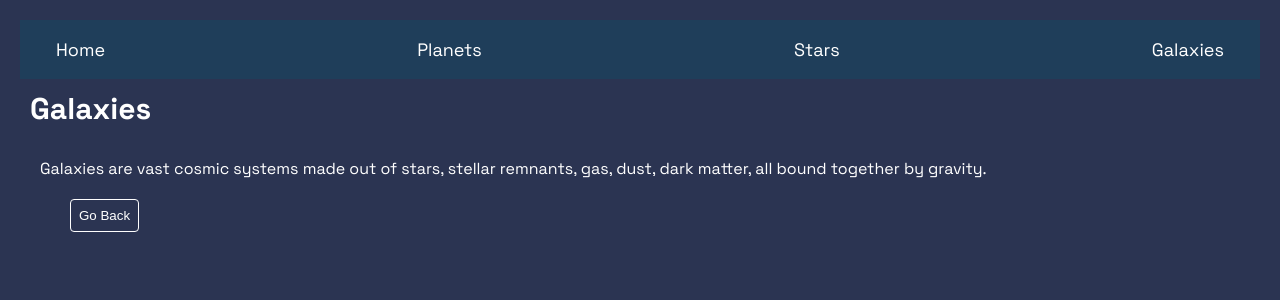
Repository: rmdayberry/Cosmic-Encyclopedia
Page: /galaxies
An editor plug-in stored every save of this project. The page is shown before and after the next save, followed by the edit.
The browser window is 1280 px wide. The pictures show the whole page.
The project was rebuilt for these pictures with package versions that can differ from the ones it lists, and the page was loaded fresh each time. Also part of the build but not shown: vite.config.js, src/pages/Homepage.js.

Above is the page before, as saved 2024-08-31 16:12:50.

### index.html
<!DOCTYPE html>
<html lang="en">
  <head>
    <meta charset="UTF-8" />
    <meta name="viewport" content="width=device-width, initial-scale=1.0" />
    <title>Cosmic Encyclopedia</title>
  </head>
  <body>
    <div id="root"></div>
    <script type="module" src="/src/main.jsx"></script>
  </body>
</html>

### src/App.jsx
import { BrowserRouter as Router, Routes, Route } from "react-router-dom";
import NavBar from "./NavBar";
import NavigateBackButton from "./NavigateBackButton";

//pages
import Homepage from "./pages/Homepage";
import ContentPage from "./pages/ContentPage";

function App() {
  return (
    <Router>
      <NavBar />
      <Routes>
        <Route path="/" element={<Homepage />} />
        <Route path="/:id" element={<ContentPage />} />
      </Routes>
      <NavigateBackButton />
    </Router>
  );
}

export default App;

### src/index.css
@import url("https://fonts.googleapis.com/css2?family=Space+Grotesk:wght@300..700&display=swap");

:root {
  --primary: #1f3e5a;
  --secondary: #2b3452;
}

body {
  margin: 0;
  padding: 20px;
  font-family: "Space Grotesk";
  background-color: var(--secondary);
}
* {
  color: #fff;
  margin: 0;
}

p {
  margin: 20px;
}

button {
  border: 1px solid white;
  padding: 8px;
  border-radius: 4px;
  color: white;
  background: var(--primary);
  cursor: pointer;
}

.nav-bar {
  display: flex;
  justify-content: space-between;
  gap: 16px;
  align-items: center;
  padding: 10px 20px;
  background-color: var(--primary);
}

.nav-bar a {
  color: white;
  text-decoration: none;
  padding: 8px 16px;
  font-size: 18px;
  transition: color 0.3s;
}

.nav-bar a:hover {
  color: orangered;
}

.backBtn {
  background-color: var(--secondary);
  transition: color 0.3s;
  margin-left: 50px;
}
.backBtn:hover {
  background-color: orangered;
}

.content-title {
  font-size: 30px;
  padding: 10px;
}

### src/NavBar.jsx
import { Link } from "react-router-dom";

export default function NavBar() {
  return (
    <nav className="nav-bar">
      <Link to="/">Home</Link>
      <Link to="/planets">Planets</Link>
      <Link to="/stars">Stars</Link>
      <Link to="/galaxies">Galaxies</Link>
    </nav>
  );
}

### src/NavigateBackButton.jsx
import { useNavigate } from "react-router-dom";

const NavigateBackButton = () => {
  const navigate = useNavigate();

  return (
    <button className="backBtn" onClick={() => navigate(-1)}>
      Go Back
    </button>
  );
};

export default NavigateBackButton;

### src/pages/ContentPage.jsx
import { useParams } from "react-router-dom";
import celestialData from "../data/celestialData";

export default function ContentPage() {
  const { id } = useParams();
  const content = celestialData[id];

  if (!content) {
    return <p>Content not found. Please choose another celestial object.</p>;
  }
  return (
    <div>
      <h2 className="content-title">{content.title}</h2>
      <p>{content.description}</p>
    </div>
  );
}

### src/data/celestialData.js
const celestialData = {
  planets: {
    title: "Planets",
    description:
      "Planets are facinating worlds that orbit around stars, each with unique characteristics, landscapes, and atmospheres. From the icy rings of Saturn, to the fiery surface of Venus, these celestial bodies offer endless opportunities for exploration and discovery",
  },
  stars: {
    title: "Stars",
    description:
      "Stars are massive, luminous spheres of plasma held together by gravity. The closest star to Earth is the Sun.",
  },
  galaxies: {
    title: "Galaxies",
    description:
      "Galaxies are vast cosmic systems made out of stars, stellar remnants, gas, dust, dark matter, all bound together by gravity.",
  },
};

export default celestialData;

Loaded but not shown: src/main.jsx (common file)

After the next save:
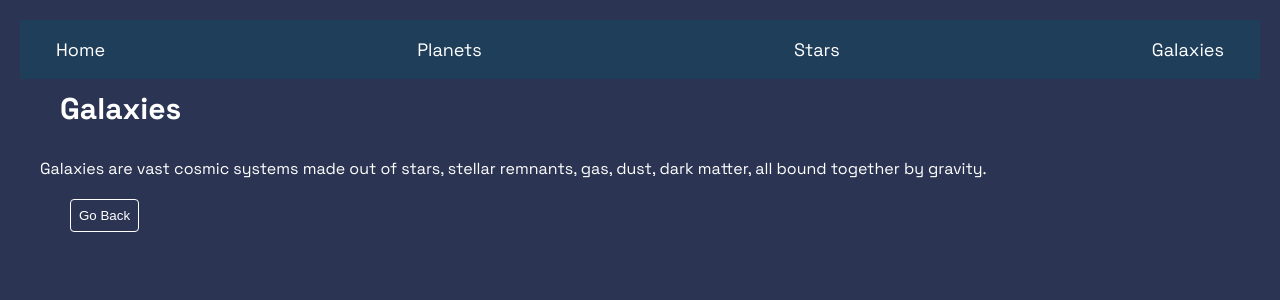
Saved 16 s later.
--- a/src/index.css
+++ b/src/index.css
@@ -62,4 +62,5 @@ button {
 .content-title {
   font-size: 30px;
   padding: 10px;
+  margin-left: 30px;
 }
